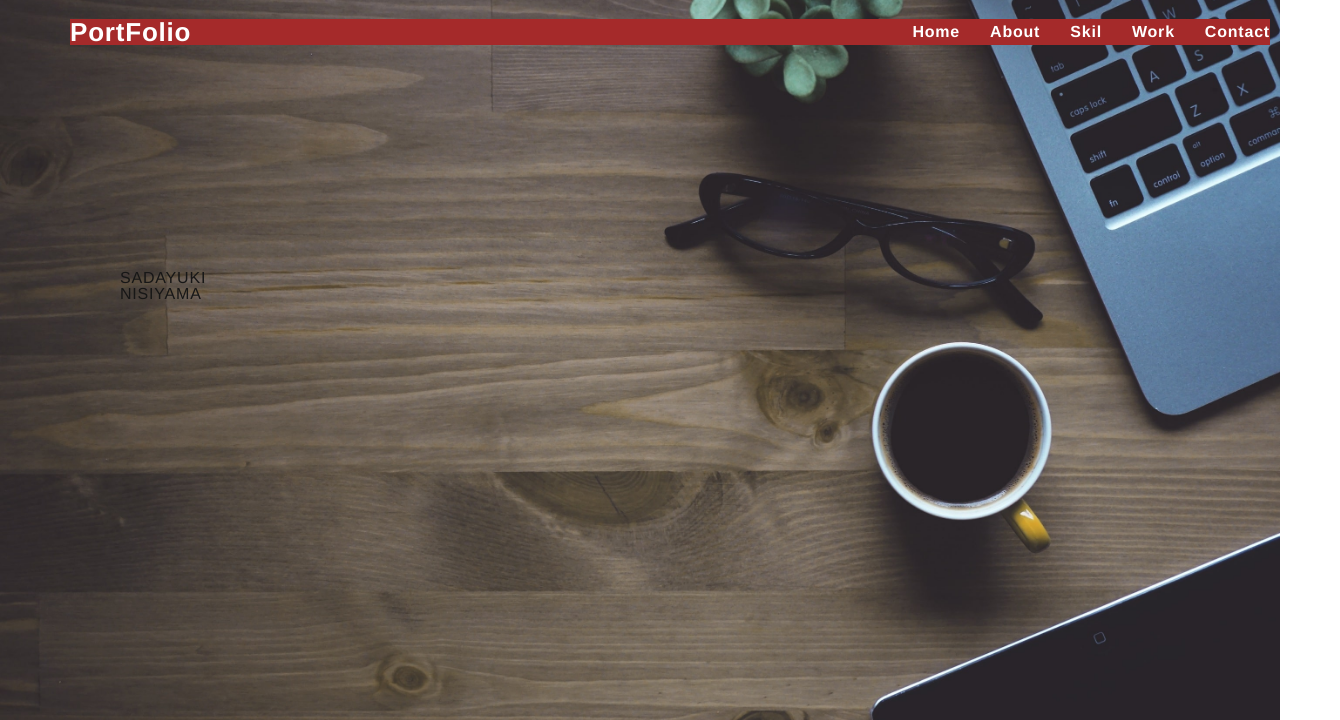
Repository: sadayuki15/portfolio
Page: index.html
These files come from the project's save history. The page is drawn as it stood at one moment and after a run of saves; the edit follows.
The browser window is 1280 px wide. The page is 1340 px wide, then 1280 px, so the pictures cover 1340 px, including what lies to the right of the window. The pictures show the whole page.

Above is the page before, as saved 2021-04-21 12:24:30.

### index.html
<!DOCTYPE html>
<html lang="ja">
<head>
  <meta charset="UTF-8">
  <meta http-equiv="X-UA-Compatible" content="IE=edge">
  <meta name="viewport" content="width=device-width, initial-scale=1.0">
  <link rel="stylesheet" href="./css/reset.css">
  <link rel="stylesheet" href="./css/style.css">
  <title>Document</title>
</head>
<body>
  <!-- header -->
  <header class="header">
    <div class="header-inner">
      <h1 class="header-title">PortFolio</h1>
      <nav class="header-nav">
        <ul class="nav-list">
          <li class="nav-item"><a href="#">Home</a></li>
          <li class="nav-item"><a href="#">About</a></li>
          <li class="nav-item"><a href="#">Skil</a></li>
          <li class="nav-item"><a href="#">Work</a></li>
          <li class="nav-item"><a href="#">Contact</a></li>
        </ul>
      </nav>
    </div>
  </header>
  <!-- //header -->

  <main>
  <!-- fv -->
  <div class="fv">
    <div class="main-copy">
      <p class="main-title">
        SADAYUKI<br>
        NISIYAMA
      </p>
    </div>
  </div>







  </main>

</body>
</html>

### css/style.css
html {
  font-size: 62.5%;
}
body {
  font-size: 1.6rem;
  letter-spacing: .05em;
  color: #171717;
  font-family: Helvetica, '游ゴシック', 'Yu Gothic', YuGothic, HiraKakuProN-W3, 'メイリオ', Meiryo, sans-serif;
}

/*-------header-------*/
.header {
  width: 100%;
  padding: 19px 30px;
  position: absolute;
  top: 0;
  left: 0;
  z-index: 1;
  transition: .3s;
  color: #fff;
  b
}
.header-inner {
  max-width: 1200px;
  margin: 0 auto;
  display: flex;
  justify-content: space-between;
  align-items: center;
  background-color: brown;
}
.header-title {
  font-size: 2.6rem;
}
.nav-list {
  display: flex;
}
.nav-item a {
  display: block;
  color: #fff;
  font-weight: bold;
  text-decoration: none;
  transition: .3s;
}
.nav-item {
  margin-right: 30px;
}
.nav-item:last-of-type {
  margin-right: 0;
}
.nav-item a:hover {
  opacity: .7;
  transition: .3s;
}

/*-------fv-------*/
.fv {
  height: 100vh;
  min-height: 550px;
  background-image: url(../img/fv-top.jpg);
  background-size: cover;
  background-position: center;
  position: relative;
}
.main-copy {
  position: absolute;
  top: 270px;
  left: 120px;
}

Loaded but not shown: css/reset.css (common file)

After the next 2 saves:
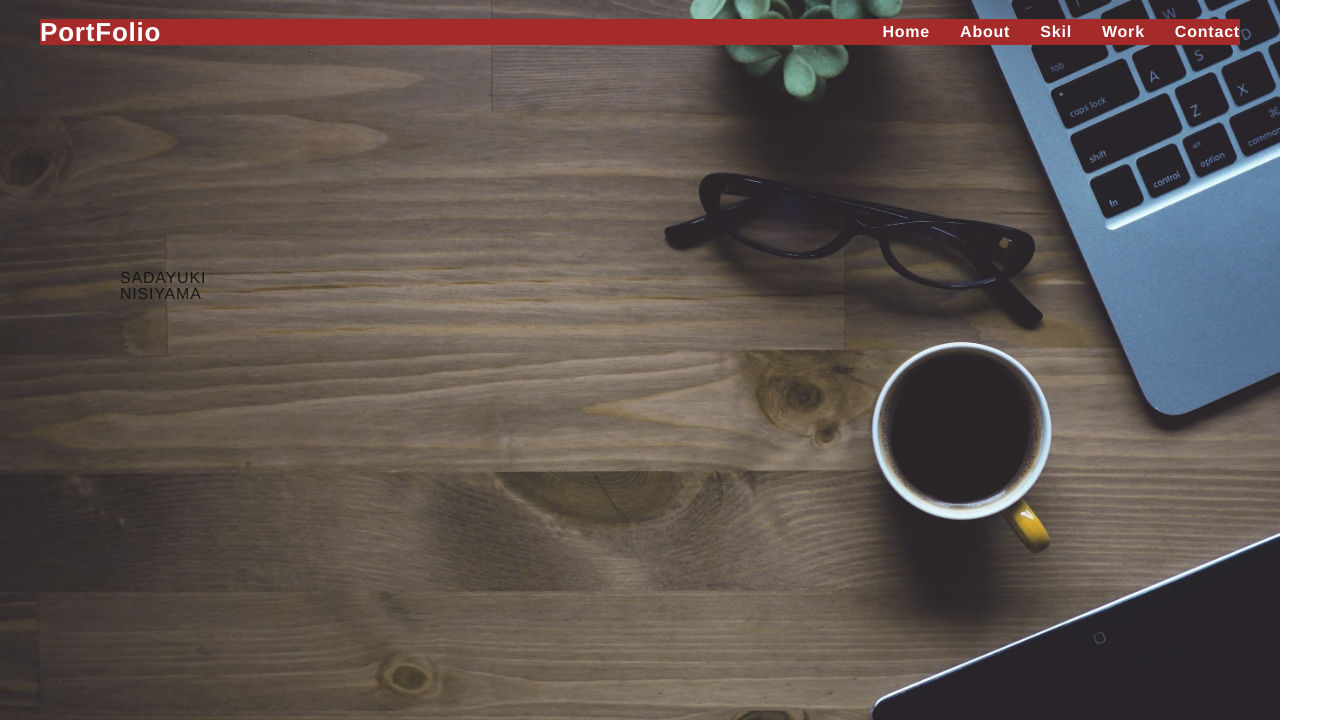
The 2 saves are shown as one change because they came seconds apart.
The last was saved 7 s later.
--- a/css/style.css
+++ b/css/style.css
@@ -18,7 +18,7 @@
   z-index: 1;
   transition: .3s;
   color: #fff;
-  b
+  box-sizing: border-box;
 }
 .header-inner {
   max-width: 1200px;
